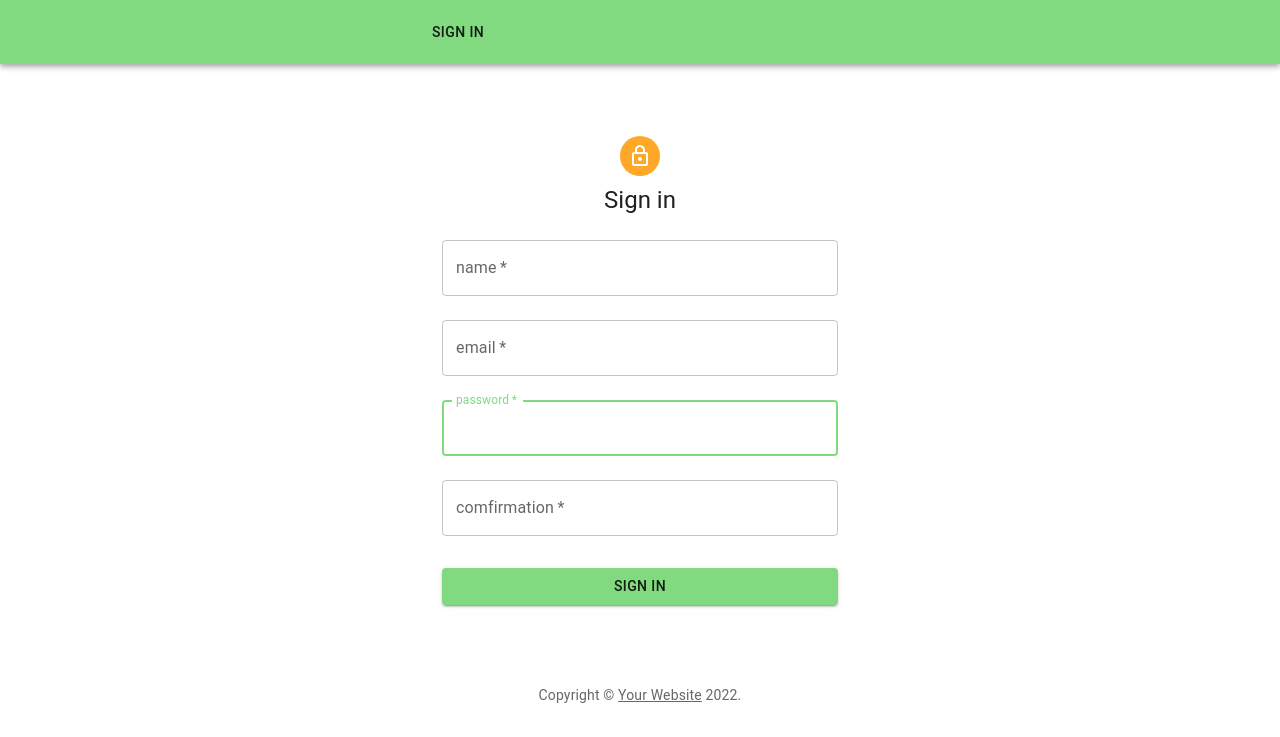
Repository: motohiro0410/motsufood
Page: /signIn (app in frontend/)
These files come from the project's save history. The page is drawn as it stood at one moment and after the next save; the edit follows.
The browser window is 1280 px wide. The pictures show the whole page.
The project was rebuilt for these pictures with package versions that can differ from the ones it lists, and the page was loaded fresh each time. Also part of the build but not shown: frontend/src/App.css, frontend/src/components/pages/Login.tsx, frontend/src/components/organisms/Footer.tsx, frontend/src/components/organisms/MainHeader.tsx, frontend/src/components/organisms/UserDetailModal.tsx, frontend/src/components/pages/Home.tsx, frontend/src/components/pages/Money.tsx, frontend/src/components/organisms/GroupHeader.tsx and 3 more.

Above is the page before, as saved 2022-08-10 23:04:54.

After the next save:
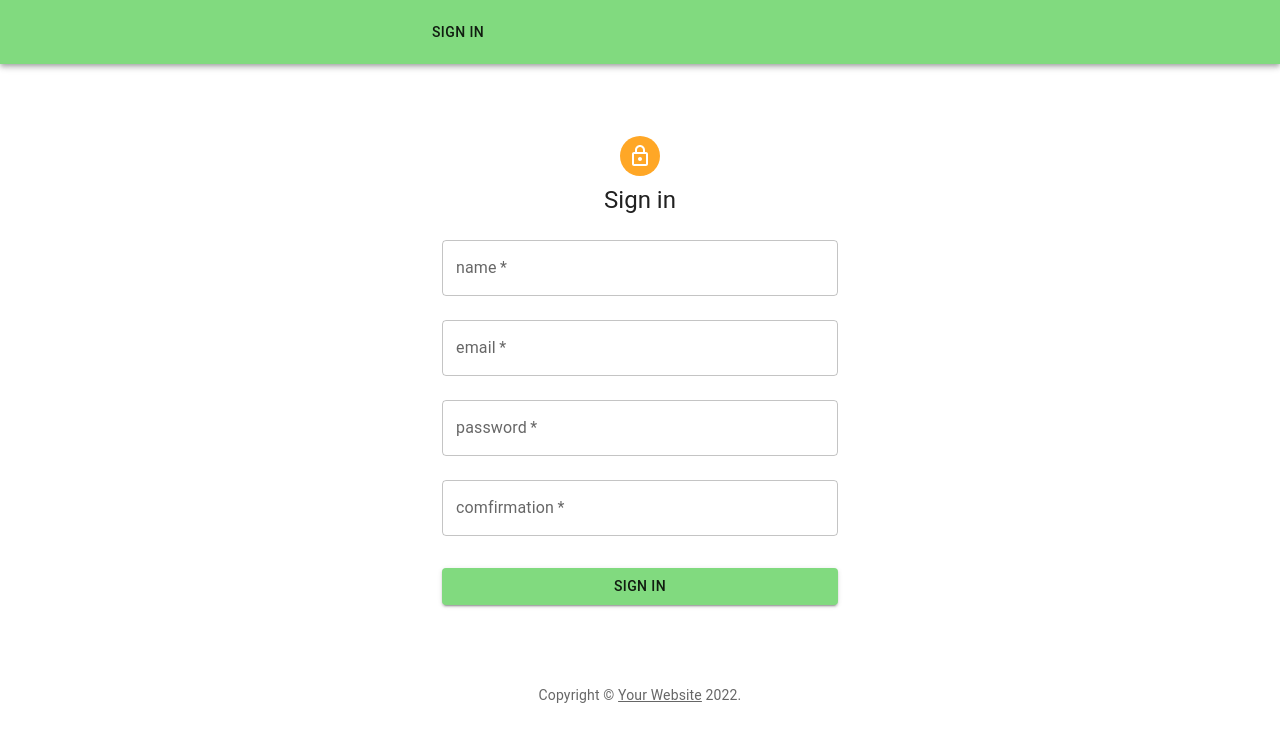
Saved 23 s later.
--- a/frontend/src/components/pages/SignIn.tsx
+++ b/frontend/src/components/pages/SignIn.tsx
@@ -68,7 +68,6 @@ export const SignIn = () => {
                 label="name"
                 name="name"
                 autoComplete="name"
-                autoFocus
               />
               <TextField
                 margin="normal"
@@ -88,7 +87,6 @@ export const SignIn = () => {
                 label="password"
                 name="password"
                 autoComplete="password"
-                autoFocus
               />
               <TextField
                 margin="normal"
